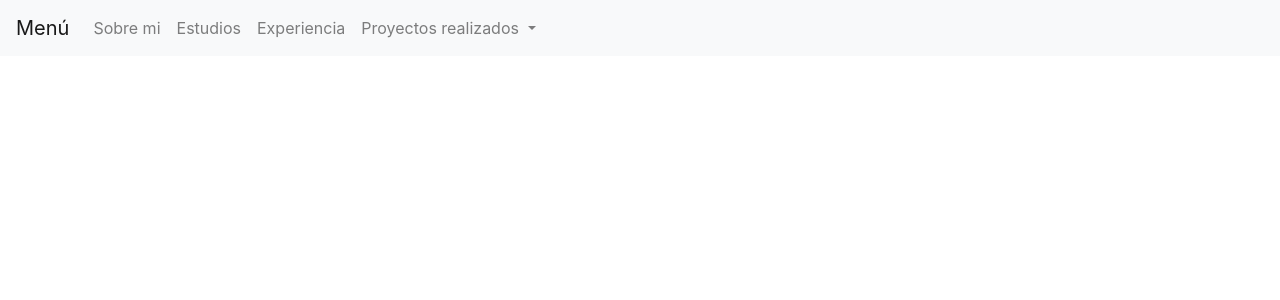
Repository: Hrotgarion1/jose
Page: solid.html
The author's editor kept a copy of each file at every save. The page is drawn from the files as they stood at one save, then again after the next save.
The browser window is 1280 px wide. The pictures show the whole page.

Above is the page before, as saved 2020-09-29 17:50:00.

After the next save:
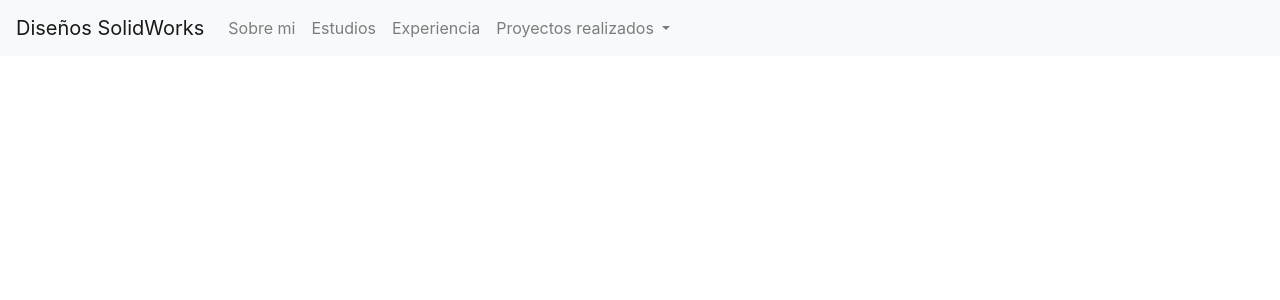
Saved 54 s later.
--- a/solid.html
+++ b/solid.html
@@ -12,7 +12,7 @@
 <body>
     <!--Navegador responsive de la web-->
     <nav class="navbar navbar-expand-lg navbar-light bg-light">
-        <a class="navbar-brand" href="../jose/index.html">Menú</a>
+        <a class="navbar-brand" href="../jose/index.html">Diseños SolidWorks</a>
         <button class="navbar-toggler" type="button" data-toggle="collapse" data-target="#navbarNavDropdown" aria-controls="navbarNavDropdown" aria-expanded="false" aria-label="Toggle navigation">
           <span class="navbar-toggler-icon"></span>
         </button>
